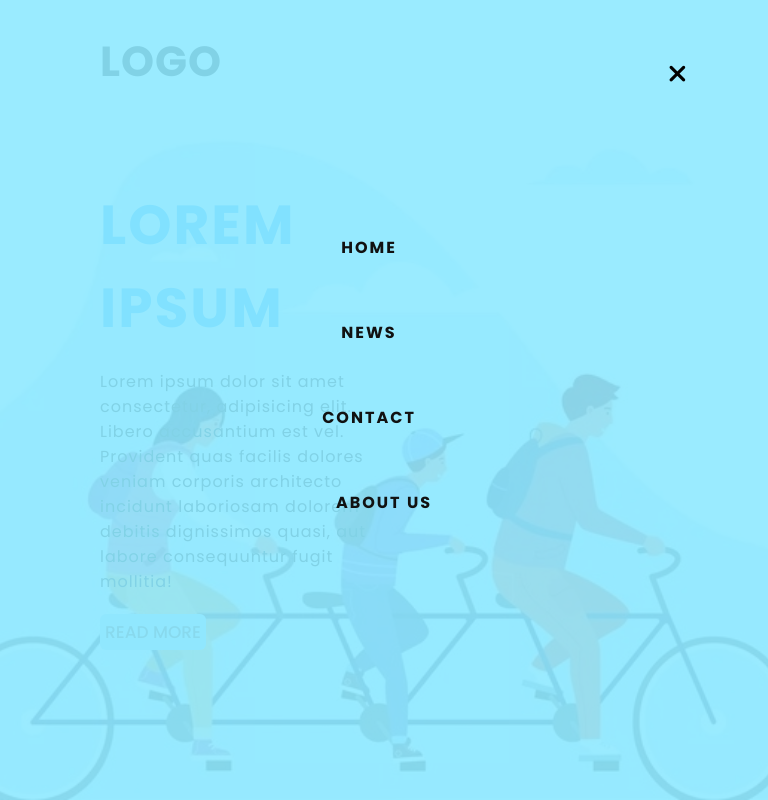
Repository: nganha241/1806
Page: index.html
These files come from the project's save history. The page is drawn as it stood at one moment and after a run of saves; the edit follows.
The browser window is 768 px wide. The pictures show the whole page.
The first `#check` is checked.
Some web libraries are served in a nearby version.

Above is the page before, as saved 2022-06-18 16:40:40.

After the next 2 saves:
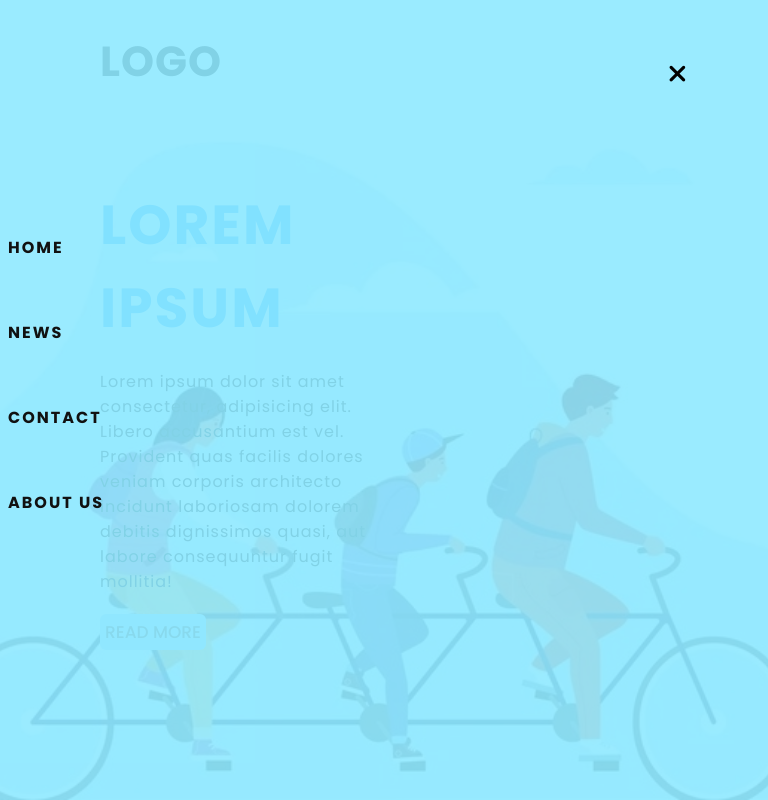
The 2 saves are shown as one change because they came seconds apart.
The last was saved 15 s later.
--- a/style.css
+++ b/style.css
@@ -135,12 +135,13 @@
         display: flex;
         flex-direction: column;
         justify-content: center;
-        align-items: center;
+        /* align-items: center; */
     }
 
     #check:checked ~ header .navigation a {
         margin-bottom: 50px;
         font-weight: 700;
+        align-items: center;
     }
 
     #check:checked ~ header label .menu-btn {

After the 2 saves that followed:
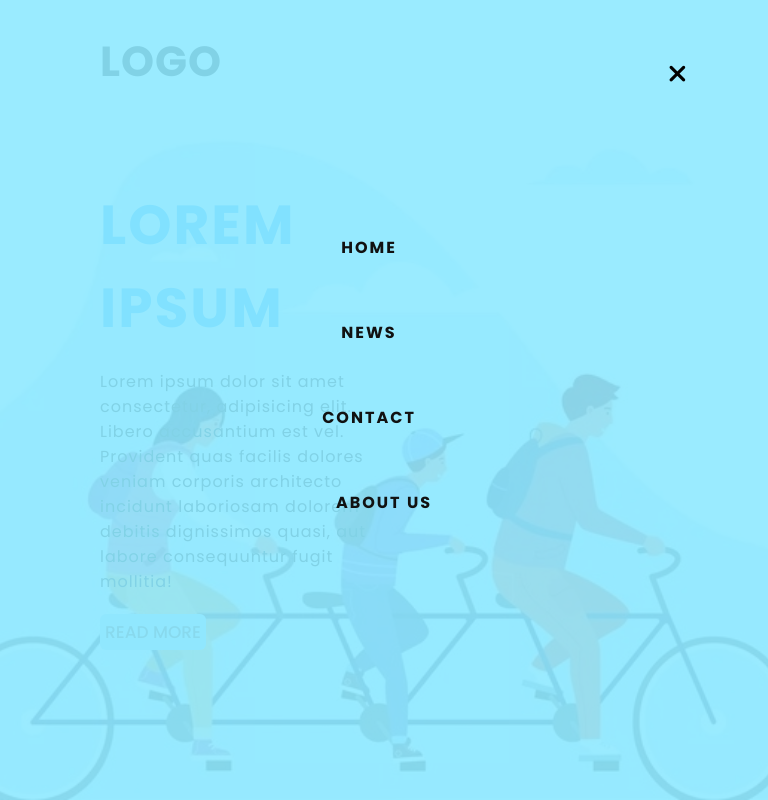
The 2 saves are shown as one change because 1 left the picture as it was.
The last was saved 19 s later.
--- a/style.css
+++ b/style.css
@@ -135,7 +135,7 @@
         display: flex;
         flex-direction: column;
         justify-content: center;
-        /* align-items: center; */
+        align-items: center;
     }
 
     #check:checked ~ header .navigation a {
